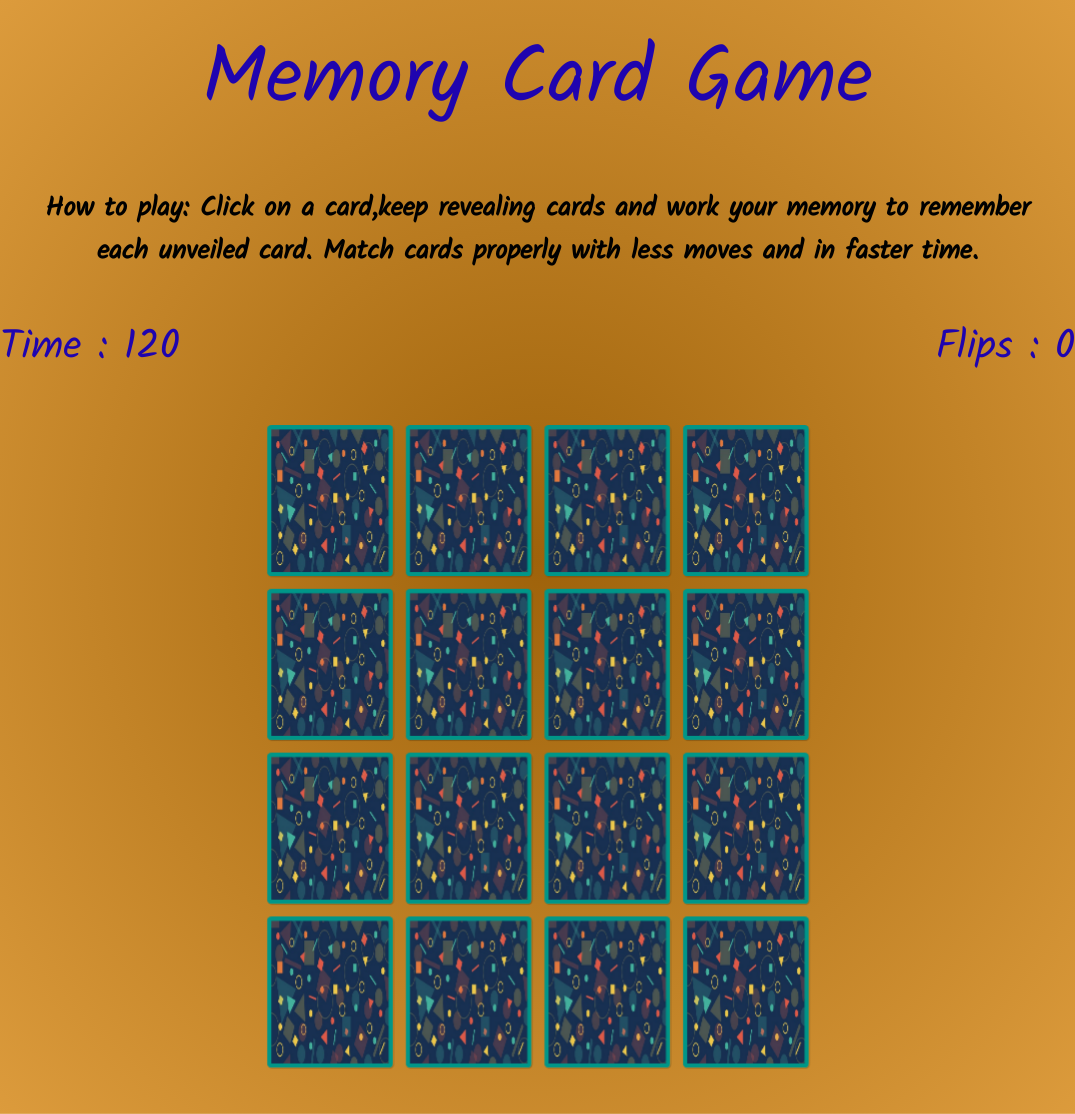
Repository: claudiadanaila1/Project-2--Interactive-FrontEnd---Memory-game
Page: index.html
The author's editor kept a record of every edit. The page is drawn from the files as they stood at one moment, then again after the next edit.
The browser window is 1280 px wide. The pictures show the whole page, at 84% of full size.

Above is the page before.

After the next edit:
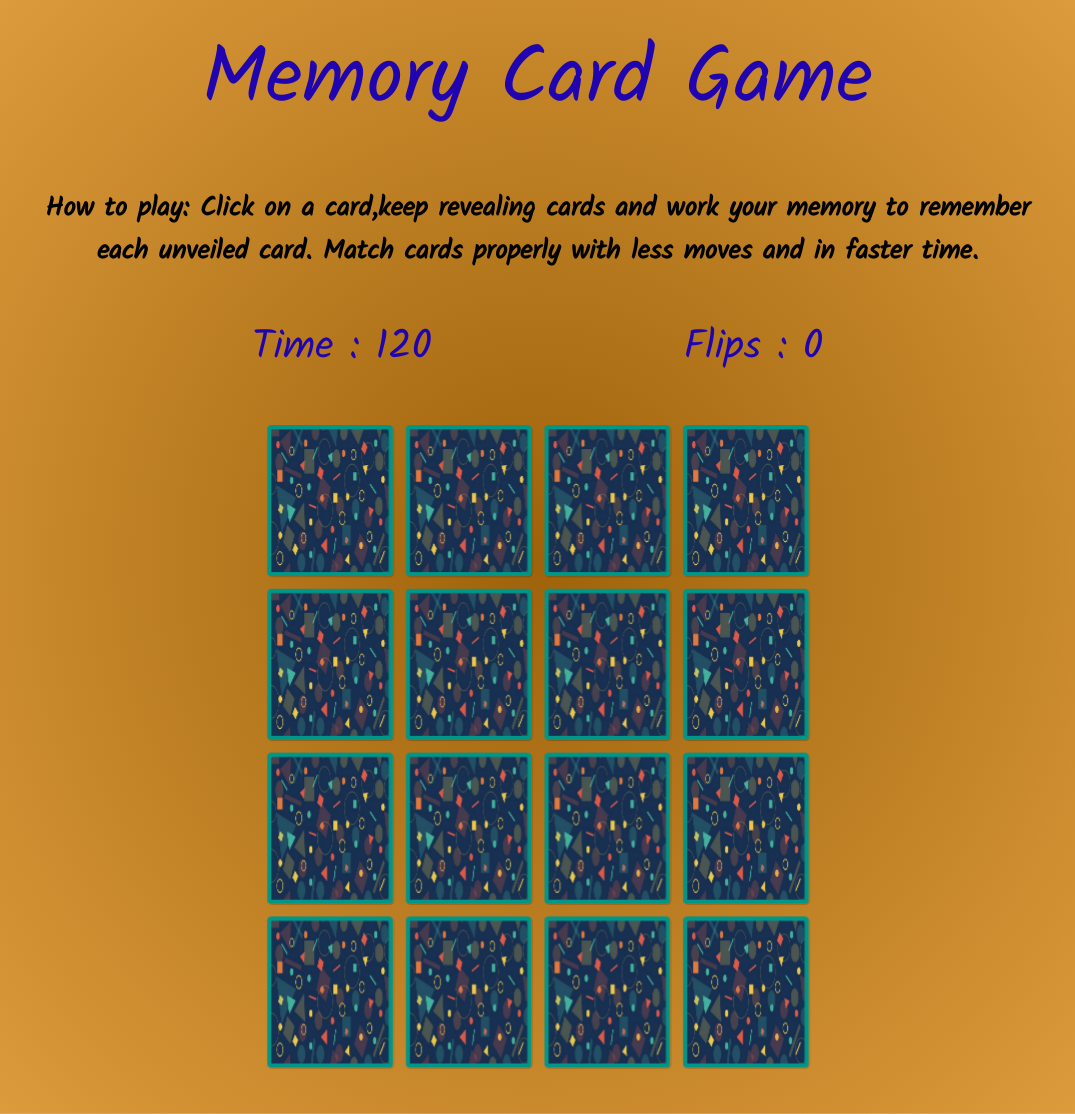
The edit:
--- a/css/style.css
+++ b/css/style.css
@@ -40,7 +40,7 @@
 
 .game-info-container {
     grid-column: 1/-1;
-    justify-content: space-between;
+    justify-content:space-evenly;
     display: flex;
     margin-bottom:10px;
 }
